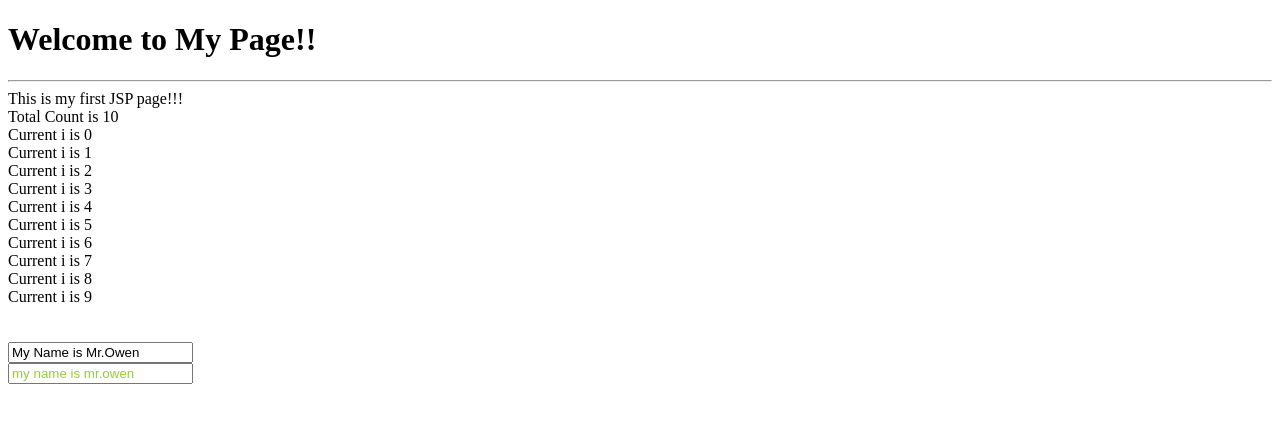
Repository: an-sehyeon/web_inworld
Page: http://localhost/web/02_script_test.jsp
These files come from the project's save history. The page is drawn as it stood at one moment and after the next save; the edit follows.
The browser window is 1280 px wide. The pictures show the whole page.
The page is served by Tomcat 10.

Above is the page before, as saved 2024-12-14 06:33:36.

After the next save:
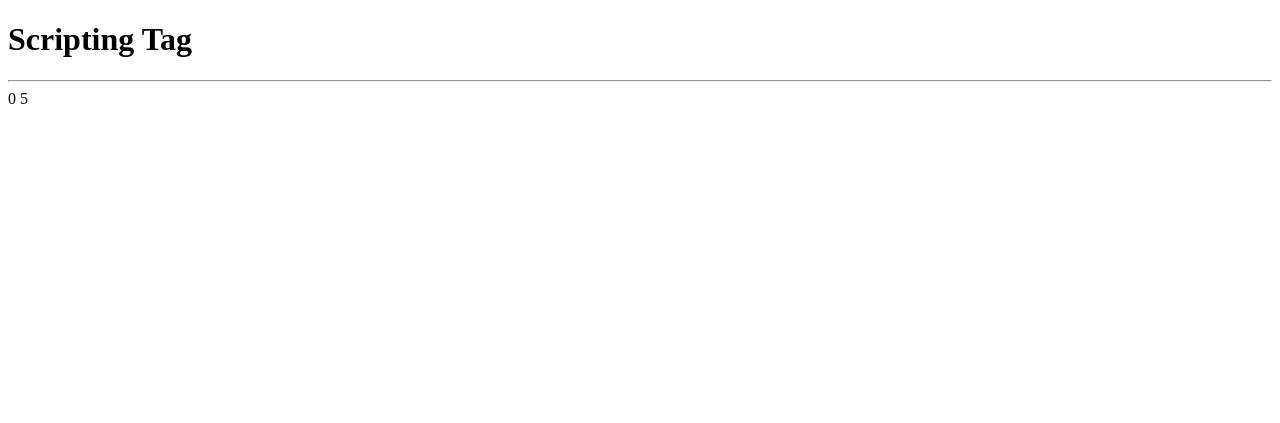
Saved 4 min 12 s later.
--- a/web_inwolrd/04_Servlet/dev/web/src/main/webapp/02_script_test.jsp
+++ b/web_inwolrd/04_Servlet/dev/web/src/main/webapp/02_script_test.jsp
@@ -7,34 +7,18 @@
 <title>Welcome</title>
 </head>
 <body>
-	<h1>Welcome to My Page!!</h1>
+	<h1>Scripting Tag</h1>
 	<hr>
-	<!-- JSP declaration Tag -->
 	<%!
-		int count = 10;
-		String color = "yellowgreen";
-		String makeLower(String data){
-			return data.toLowerCase();
+		public int myMethod(int count){
+		return +count;
 	}
 	%>
-
-	<!-- JSP Scriptlet -->
 	<%
-		out.println("This is my first JSP page!!!<br>");	// 사용자가 보이는 화면에 출력
-		System.out.println("드디어 출력했다...");				// 내부 콘솔에 출력
-		out.println("Total Count is " + count + "<br>");
-		for(int i = 0; i < count; i++){
-			out.println("Current i is " + i + "<br>");
-			// out.println("<hr>");
-		}
+		int count = 5;
+		out.println(myMethod(0));
+		out.println(count);
 	%>
-
-	<br><br>
-
-	<!-- JSP Expression -->
-	<!-- 절대 세미콜론을 넣으면 안됨 -->
-	<input type="text" value="My Name is Mr.Owen"><br>
-	<input type="text" style='color: <%=color%>' value='<%=makeLower("My Name is Mr.Owen")%>'><br>
 
 </body>
 </html>
